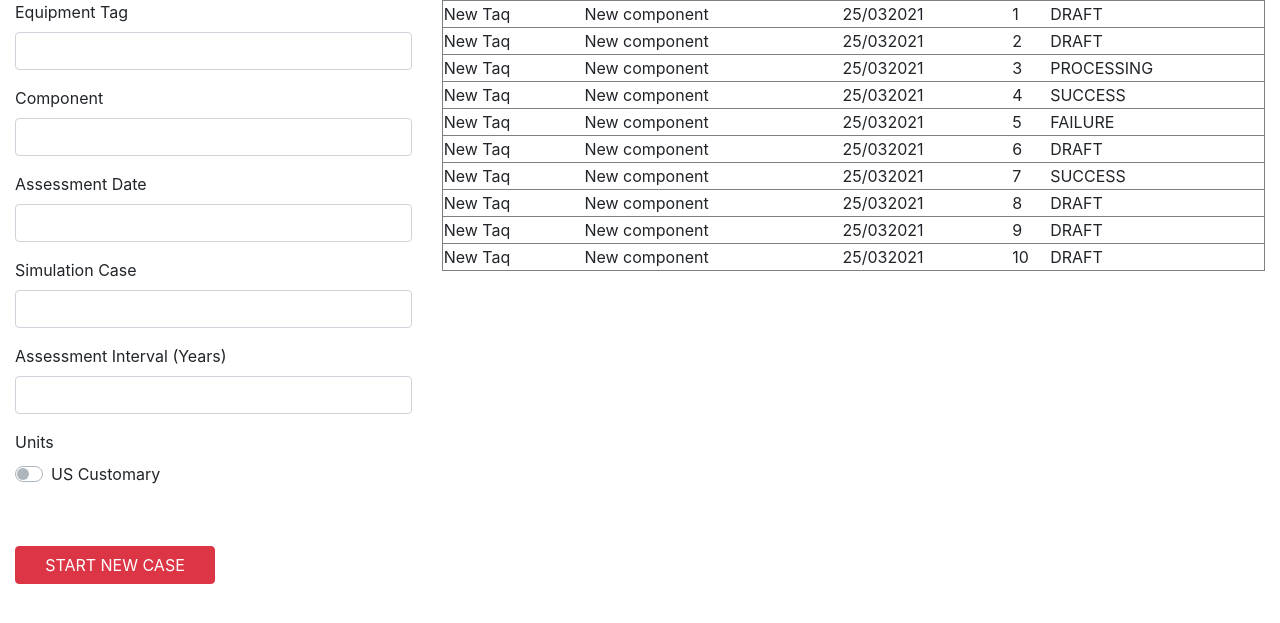
Repository: arif286/dashboard
Page: /
An editor plug-in stored every save of this project. The page is shown before and after a run of saves, followed by the edit.
The browser window is 1280 px wide. The pictures show the whole page.
The project was rebuilt for these pictures with package versions that can differ from the ones it lists, and the page was loaded fresh each time. The framework's server and built-in components were replaced by stand-ins that run in the browser. Also part of the build but not shown: nuxt.config.js, components/Nav.vue.

Above is the page before, as saved 2021-06-18 18:51:16.

After the next 8 saves:
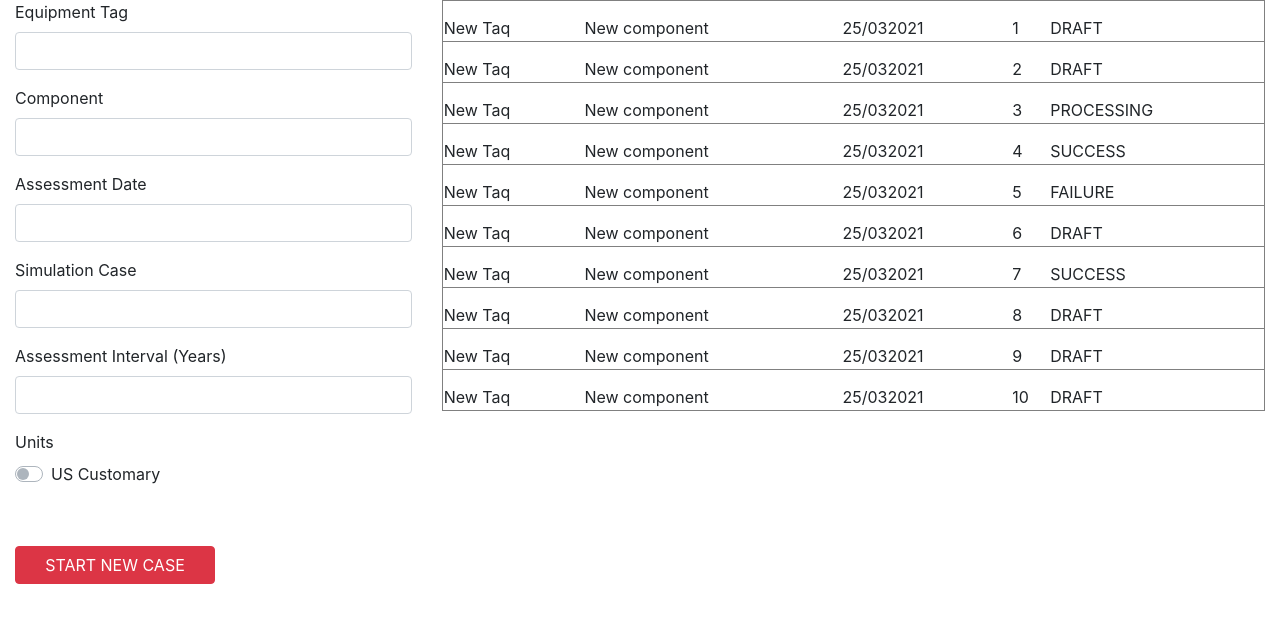
The 8 saves are shown as one change because 1 did not build or start and some came seconds apart.
The last was saved 53 s later.
--- a/components/Table.vue
+++ b/components/Table.vue
@@ -46,4 +46,7 @@ export default {
 .table-border tr{
  border: 1px solid gray;
 }
+.table-border td{
+  padding-top: 15px;
+}
 </style>
